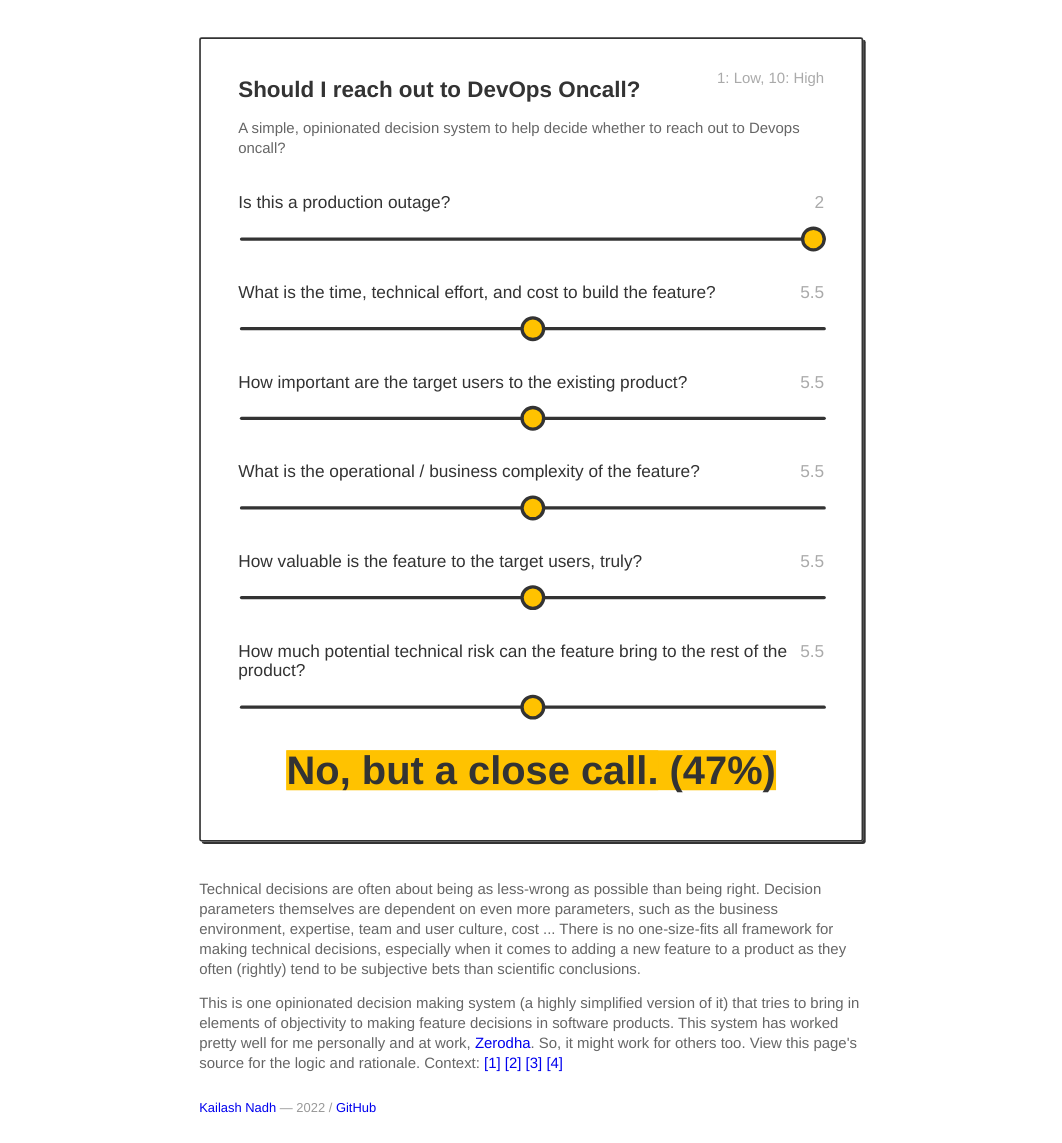
Repository: harishbsrinivas/dont.call
Page: index.html
These files come from the project's save history. The page is drawn as it stood at one moment and after the next save; the edit follows.
The browser window is 1280 px wide. The pictures show the whole page, at 83% of full size.

Above is the page before, as saved 2022-12-03 17:05:21.

### index.html
<!DOCTYPE html>
<html lang="en-US">

<head>
    <meta charset="utf-8" />
    <title>Should I reach out to DevOps oncall?</title>
    <meta name="description"
        content="A simple, opinionated decision system to help decide whether to reach out to Devops oncall?" />
    <link rel="shortcut icon" href="https://dont.build/favicon.png" />
    <meta property="og:image" content="https://dont.build/thumb.png">
    <meta name="viewport" content="width=device-width, initial-scale=1" />
    <link href="style.css?v=2" rel="stylesheet" type="text/css" />
</head>

<body>

    <div class="container">
        <section class="box">
            <p class="help">1: Low, 10: High</p>
            <h1 class="title">Should I reach out to DevOps Oncall?</h1>
            <p>A simple, opinionated decision system to help decide whether to reach out to Devops oncall?</p>
            <br />
            <form class="form">
                <fieldset class="p-users">
                    <span class="value"></span>
                    <label>Is this a production outage?</label>
                    <input type="range" min="1" max="2" step="1" value="1" />
                </fieldset>
                <fieldset class="p-effort">
                    <span class="value"></span>
                    <label>What is the time, technical effort, and cost to build the feature?</label>
                    <input type="range" min="1" max="10" step="0.5" value="5.5" />
                </fieldset>
                <fieldset class="p-user-value">
                    <span class="value"></span>
                    <label>How important are the target users to the existing product?</label>
                    <input type="range" min="1" max="10" step="0.5" value="5.5" />
                </fieldset>
                <fieldset class="p-operational-complexity">
                    <span class="value"></span>
                    <label>What is the operational / business complexity of the feature?</label>
                    <input type="range" min="1" max="10" step="0.5" value="5.5" />
                </fieldset>
                <fieldset class="p-feature-value">
                    <span class="value"></span>
                    <label>How valuable is the feature to the target users, truly?</label>
                    <input type="range" min="1" max="10" step="0.5" value="5.5" />
                </fieldset>
                <fieldset class="p-negative-impact">
                    <span class="value"></span>
                    <label>How much potential technical risk can the feature bring to the rest of the product?</label>
                    <input type="range" min="1" max="10" step="0.5" value="5.5" />
                </fieldset>
            </form>
            <h1 class="answer">
                <span><span class="bool"></span> (<span class="percent"></span>)</span>
            </h1>
        </section>

        <noscript>
            <h1>This page requires Javascript to function.</h1>
        </noscript>

        <section>
            <p>
                Technical decisions are often about being as less-wrong as possible than being right.
                Decision parameters themselves are dependent on even more parameters, such as the business environment,
                expertise, team and user culture,
                cost ... There is no one-size-fits all framework for making technical decisions, especially when it
                comes
                to adding a new feature to a product as they often (rightly) tend to be subjective bets than scientific
                conclusions.
            </p>
            <p>
                This is one opinionated decision making system (a highly simplified version of it) that tries to bring
                in
                elements of objectivity to making feature decisions in software products. This system has worked pretty
                well for me personally
                and at work, <a href="https://zerodha.com">Zerodha</a>. So, it might work for others too. View this
                page's source for the logic and rationale.
                Context:
                <a href="https://zerodha.tech/blog/hello-world/">[1]</a>
                <a href="https://zerodha.tech/blog/scaling-with-common-sense/">[2]</a>
                <a href="https://zerodha.tech/blog/being-future-ready-with-common-sense/">[3]</a>
                <a href="https://nadh.in/blog/fomo-yamo/">[4]</a>
            </p>
        </section>

        <footer><a href="https://nadh.in">Kailash Nadh</a> &mdash; 2022 / <a
                href="https://github.com/knadh/dont.build">GitHub</a></footer>
    </div>


    <script>
        (function () {
            const params = [
                { weight: 0.10, value: 5.5, negative: false, name: 'p-users', },
                { weight: 0.20, value: 5.5, negative: false, name: 'p-user-value', },
                { weight: 0.20, value: 5.5, negative: false, name: 'p-feature-value', },
                { weight: 0.15, value: 5.5, negative: true, name: 'p-effort', },
                { weight: 0.20, value: 5.5, negative: true, name: 'p-negative-impact', },
                { weight: 0.15, value: 5.5, negative: true, name: 'p-operational-complexity', },
            ]

            params.forEach((p, n) => {
                let net = 0;
                const inp = document.querySelector(`.${p.name} input`);

                inp.value = p.value;
                inp.oninput = (e) => {
                    const val = parseFloat(e.target.value, 64);
                    document.querySelector(`.${p.name} .value`).innerText = val;
                    p.value = val;

                    // Sum all weighted params.
                    const sum = params.reduce((prev, pm) => {
                        let v = pm.value;
                        if (pm.negative) {
                            v = 10 - v;
                        }

                        return prev + (v / 10 * pm.weight);
                    }, 0);

                    // Display the results.
                    document.querySelector(".answer .percent").innerText = `${(sum * 100).toFixed(0)}%`;

                    let b = 'Yes';
                    if (sum < 0.5 && sum > 0.46) {
                        b = `No, but a close call.`;
                    } else if (sum < 0.48) {
                        b = `No.`;
                    } else if (sum > 0.5 && sum < 0.54) {
                        b = `Yes, but a close call.`;
                    } else if (sum === 0.5) {
                        b = '50-50. Go with the gut.';
                    }
                    document.querySelector(".answer .bool").innerText = b;
                };

                inp.dispatchEvent(new Event('input'));
            });
        })();
    </script>

</body>

</html>

### style.css
:root {
    --primary: #ffc200;
    --secondary: #333;
}

* {
    box-sizing: border-box;
}

html, body {
    margin: 0;
}

body {
    font-family: 'Helvetica Neue', 'Segoe UI', Arial, sans-serif;
    font-size: 18px;
    line-height: 24px;
    color: var(--secondary);
    height: 100%;
    margin: 0;
    padding: 0;
}

h1, h2, h3 {
  line-height: 2rem;
}

a {
    text-decoration: none;
}

p {
  color: #666;
}

fieldset {
  padding: 0;
  margin: 0;
  border: 0;
}

input[type="range"] {
  -webkit-appearance: none;
  width: 100%;
  height: 4px;
  background: var(--secondary);
  border-radius: 3px;
}

input[type="range"]::-webkit-slider-thumb {
  -webkit-appearance: none;
  background: var(--primary);
  height: 30px;
  width: 30px;
  border-radius: 50%;
  cursor: pointer;
  border: 4px solid var(--secondary);
}

input[type="range"]::-moz-range-thumb {
  background: var(--primary);
  border-radius: 100%;
  height: 20px;
  width: 20px;
  cursor: pointer;
  border: 4px solid var(--secondary);
}

input[type=range]::-webkit-slider-runnable-track  {
  -webkit-appearance: none;
  box-shadow: none;
  border: none;
  background: transparent;
}


button {
    background: var(--primary);
    cursor: pointer;
    border-color: #000;
    padding: 10px 30px;
}
    button:hover {
        background: #aaa;
    }

.container {
    max-width: 800px;
    margin: 45px auto 30px auto;
}
.box {
    padding: 30px 45px;
    border: 1px solid #ddd;
    border-radius: 3px;
    border: 2px solid var(--secondary);
    box-shadow: 3px 3px 0px var(--secondary);
    margin-bottom: 45px;
}

.container .title {
  margin: 15px 0 0px 0;
}

.help {
  margin-top: 5px;
}

.form {
  clear: both;
}
.form fieldset {
  font-size: 1.3rem;
  margin-bottom: 45px;
}
  .form label {
    display: block;
    margin-bottom: 15px;
  }
  .form .value, .help {
    float: right;
    color: #aaa;
  }

.answer {
  text-align: center;
  margin: 30px 0;
  font-size: 3rem;
  line-height: 3rem;
}
  .answer span {
    display: inline-block;
    background: var(--primary);
  }

footer {
  margin: 30px auto;
  color: #999;
  font-size: 0.975rem;
}

@media (max-width: 800px) {
  .container {
    max-width: none;
    margin: 20px 30px 20px 20px;
    padding: 0;
  }
  .box {
    padding: 0;
    border: 0;
    box-shadow: none;
  }
  .help {
    float: none;
  }
  .form label {
    float: left;
    max-width: 90%;
  }
}


@media (max-width: 400px) {
  .form label {
    max-width: 70%;
  }
}

After the next save:
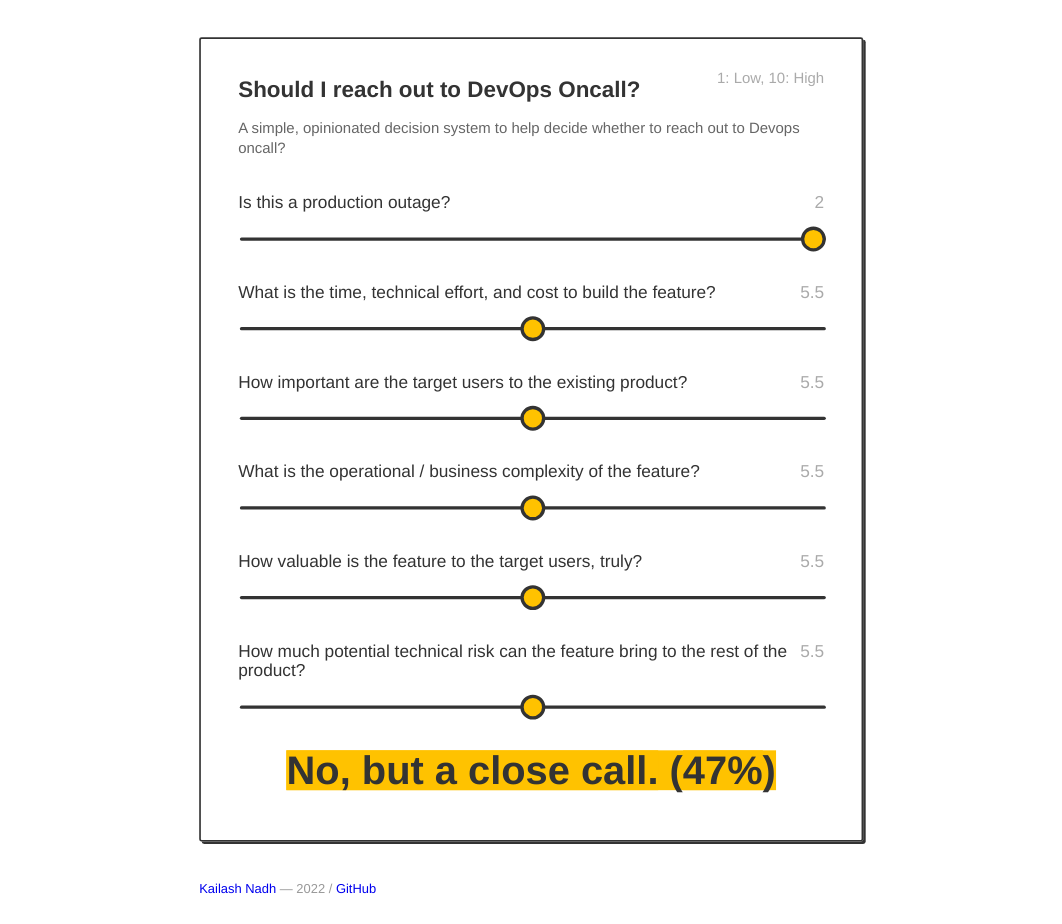
Saved 62 s later.
--- a/index.html
+++ b/index.html
@@ -61,30 +61,7 @@
             <h1>This page requires Javascript to function.</h1>
         </noscript>
 
-        <section>
-            <p>
-                Technical decisions are often about being as less-wrong as possible than being right.
-                Decision parameters themselves are dependent on even more parameters, such as the business environment,
-                expertise, team and user culture,
-                cost ... There is no one-size-fits all framework for making technical decisions, especially when it
-                comes
-                to adding a new feature to a product as they often (rightly) tend to be subjective bets than scientific
-                conclusions.
-            </p>
-            <p>
-                This is one opinionated decision making system (a highly simplified version of it) that tries to bring
-                in
-                elements of objectivity to making feature decisions in software products. This system has worked pretty
-                well for me personally
-                and at work, <a href="https://zerodha.com">Zerodha</a>. So, it might work for others too. View this
-                page's source for the logic and rationale.
-                Context:
-                <a href="https://zerodha.tech/blog/hello-world/">[1]</a>
-                <a href="https://zerodha.tech/blog/scaling-with-common-sense/">[2]</a>
-                <a href="https://zerodha.tech/blog/being-future-ready-with-common-sense/">[3]</a>
-                <a href="https://nadh.in/blog/fomo-yamo/">[4]</a>
-            </p>
-        </section>
+
 
         <footer><a href="https://nadh.in">Kailash Nadh</a> &mdash; 2022 / <a
                 href="https://github.com/knadh/dont.build">GitHub</a></footer>
